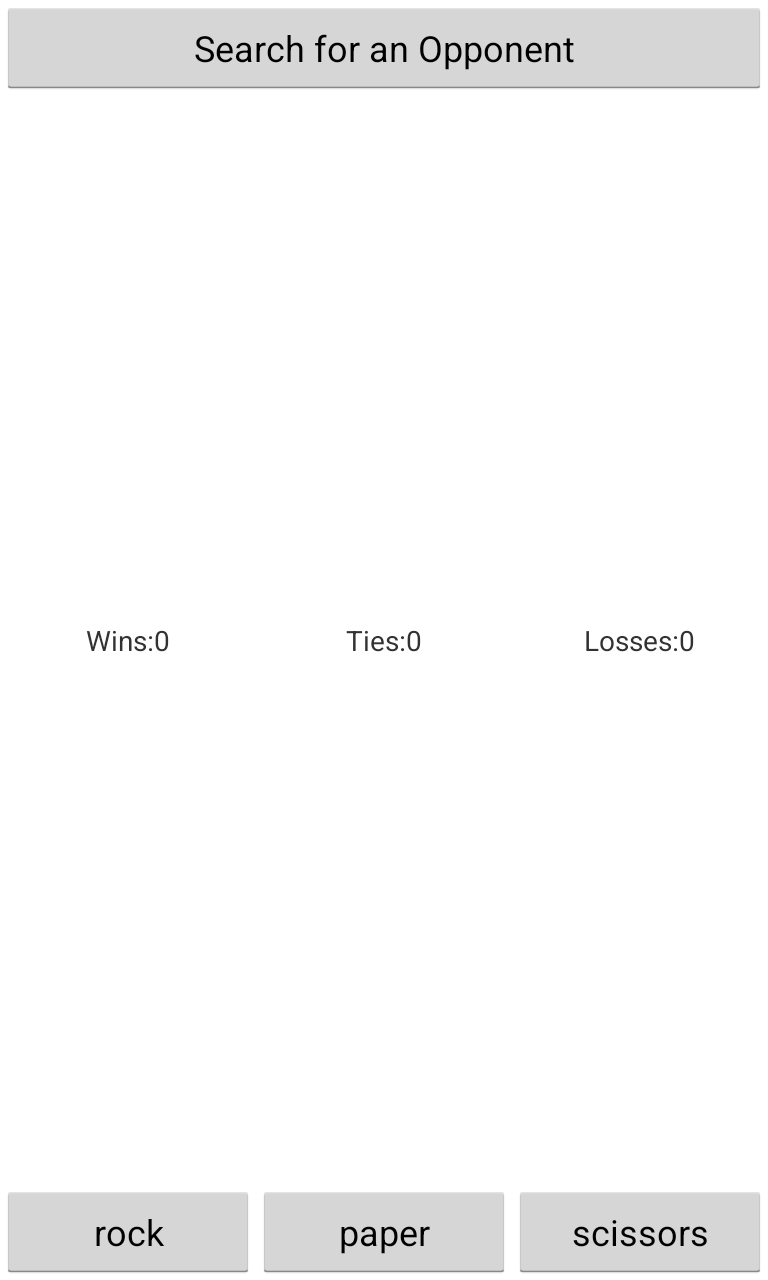
Repository: BU-HuangJ/angrybots_android_app
Layout: workspace/AngryBots/res/layout/activity_mini_game3.xml
These files come from the project's save history. The layout is drawn as it stood at one moment and after the next save; the edit follows.
It is drawn on a 768 x 1280 px phone screen (xhdpi) without system bars, with theme AppTheme; the app's code is not run.

Above is the layout before, as saved 2013-04-25 23:59:55.

After the next save:
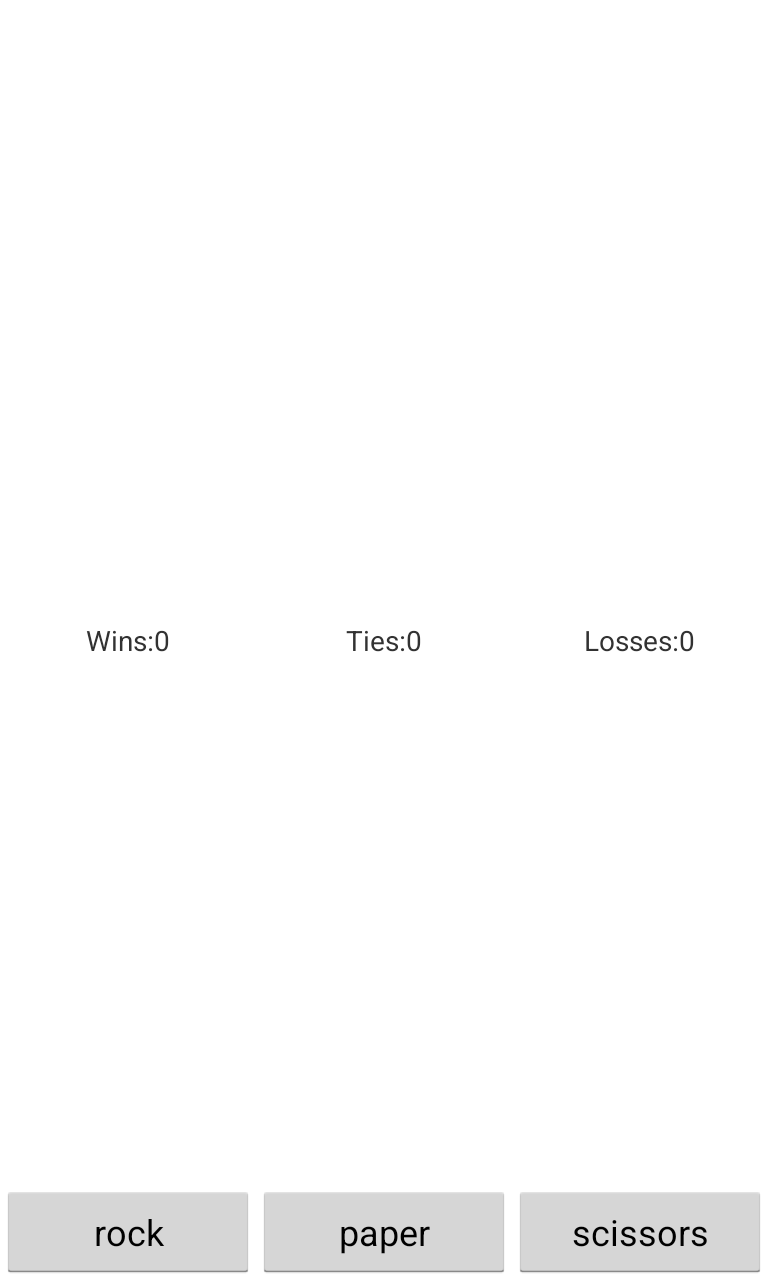
Saved 7 s later.
--- a/workspace/AngryBots/res/layout/activity_mini_game3.xml
+++ b/workspace/AngryBots/res/layout/activity_mini_game3.xml
@@ -10,7 +10,7 @@
         android:layout_width="fill_parent"
         android:layout_height="wrap_content"
         android:onClick="find_opponent"
-        android:visibility="false"
+        android:visibility="invisible"
         android:text="@string/find_opponent" />
 
     <TextView
